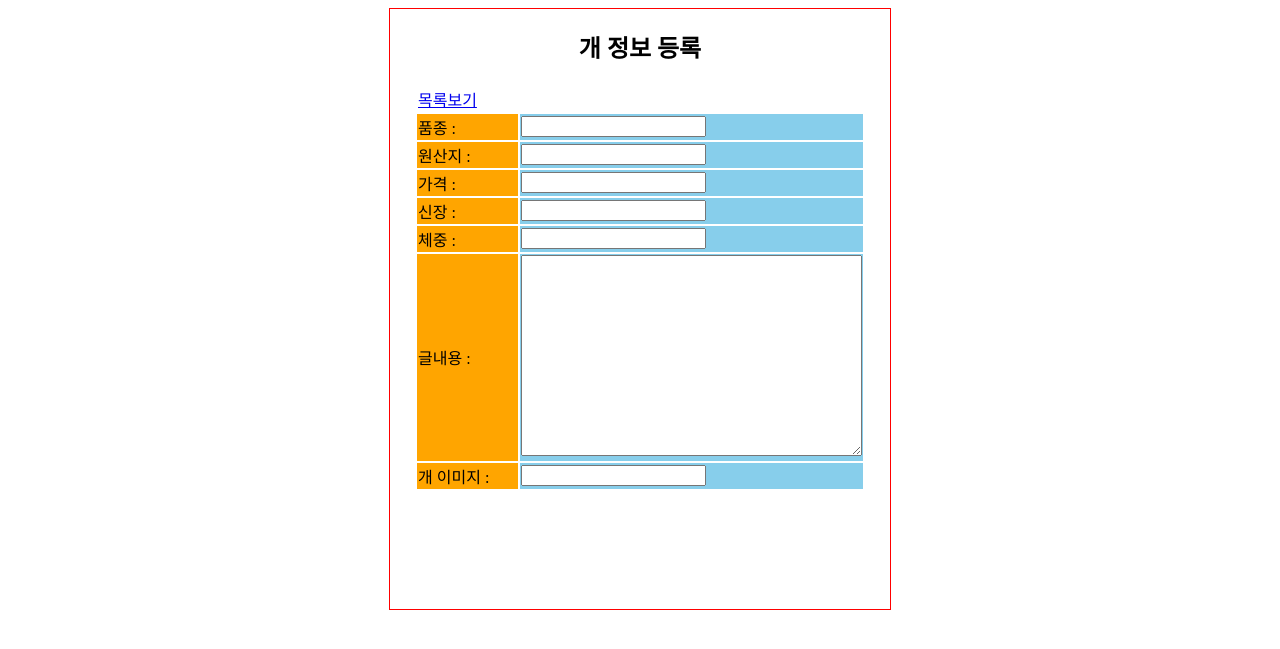
Repository: dbwls89876/Ru
Page: http://localhost/DogShopping/dogRegistForm.jsp
These files come from the project's save history. The page is drawn as it stood at one moment and after the next save; the edit follows.
The browser window is 1280 px wide. The pictures show the whole page.
The page is served by Tomcat 9. Other server files are loaded and not shown.

Above is the page before, as saved 2021-02-26 00:42:07.

### java&jsp/Workspace/DogShopping/WebContent/dogRegistForm.jsp
<%@ page language="java" contentType="text/html; charset=UTF-8"
    pageEncoding="UTF-8"%>
<!DOCTYPE html>
<html>
<head>
<meta charset="UTF-8">
<title>Insert title here</title>
<style type="text/css">
	#registForm{
		width: 500px;
		height: 600px;
		border: 1px solid red;
		margin: auto;
	}
	h2{
		text-align: center;
	}
	table{
		margin: auto;
		width: 450px;
	}
	.td_left{
		width: 150px;
		background: orange;
	}
	.td_right{
		width: 300px;
		background: skyblue;
	}
	#commandCell{
		text-align: center;
	}
</style>
</head>
<body>
<section id = "registForm">
	<header>
		<h2>개 정보 등록</h2>
	</header>
	<form action="dogRegist.dog" method="post" name="writeForm" enctype="multipart/form-data">
		<table>
			<tr>
				<td colspan="2">
					<a href="dogList.dog">목록보기</a>
				</td>
			</tr>
			<tr>
				<td class="td_left">
					<label for="kind">품종 : </label>
				</td>
				<td class="td_right">
					<input type="text" name="kind" id="kind" required="required"/>
				</td>
			</tr>

			<tr>
				<td class="td_left">
					<label for="nation">원산지 : </label>
				</td>
				<td class="td_right">
					<input type="text" name="nation" id="nation"/>
				</td>
			</tr>

			<tr>
				<td class="td_left">
					<label for="price">가격 : </label>
				</td>
				<td class="td_right">
					<input type="text" name="price" id="price"/>
				</td>
			</tr>

			<tr>
				<td class="td_left">
					<label for="height">신장 : </label>
				</td>
				<td class="td_right">
					<input type="text" name="height" id="height"/>
				</td>
			</tr>

			<tr>
				<td class="td_left">
					<label for="weight">체중 : </label>
				</td>
				<td class="td_right">
					<input type="text" name="weight" id="weight"/>
				</td>
			</tr>

			<tr>
				<td class="td_left">
					<label for="content">글내용 : </label>
				</td>
				<td class="td_right">
					<textarea name="centent" id="content" rows="13" cols="40" wrap="off"></textarea>
				</td>
			</tr>

			<tr>
				<td class="td_left">
					<label for="image">개 이미지 : </label>
				</td>
				<td class="td_right">
					<input type="text" name="" id=""/>
				</td>
			</tr>
		</table>
	</form>
</section>
</body>
</html>

After the next save:
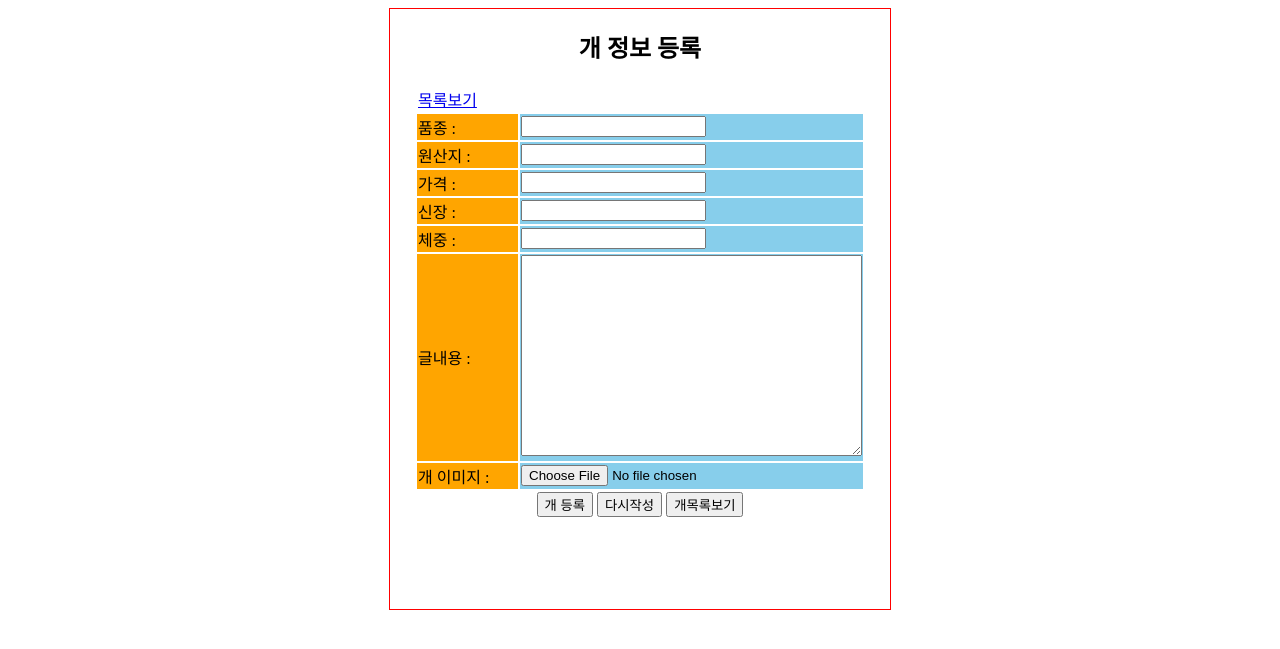
Saved 2 min 0 s later.
--- a/java&jsp/Workspace/DogShopping/WebContent/dogRegistForm.jsp
+++ b/java&jsp/Workspace/DogShopping/WebContent/dogRegistForm.jsp
@@ -103,7 +103,15 @@
 					<label for="image">개 이미지 : </label>
 				</td>
 				<td class="td_right">
-					<input type="text" name="" id=""/>
+					<input type="file" name="image" id="image"/>
+				</td>
+			</tr>
+
+			<tr>
+				<td colspan="2" id="commandCell">
+					<input type="submit" value="개 등록"/>
+					<input type="reset" value="다시작성"/>
+					<input type="button" value="개목록보기" onClick="window.location.href='dogList.dog'"/>
 				</td>
 			</tr>
 		</table>
